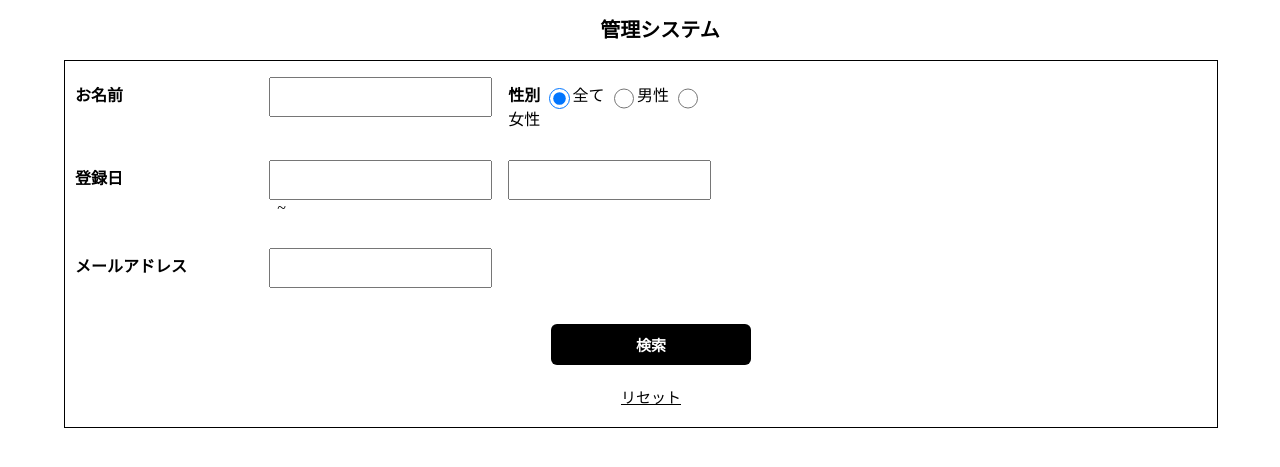
Repository: masanarimiura/20220723_miura_advance_test
Page: http://localhost/manage
An editor plug-in stored every save of this project. The page is shown before and after a run of saves, followed by the edit.
The browser window is 1280 px wide. The pictures show the whole page.
The page is served by the project's Laravel application, run on PHP 8.4 with Laravel 8.

Above is the page before, as saved 2022-07-19 20:33:54.

After the next 2 saves:
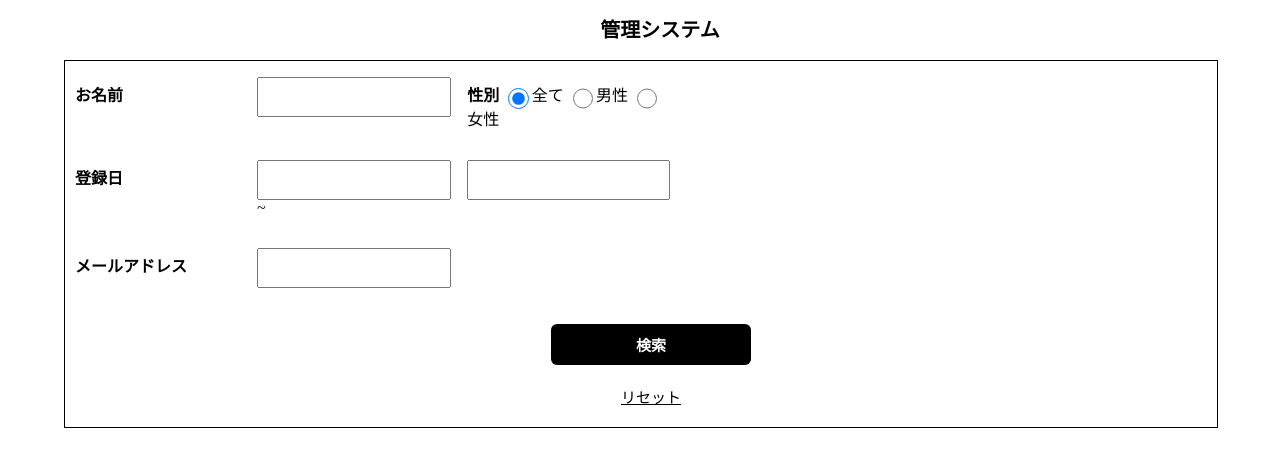
The 2 saves are shown as one change because they came seconds apart.
The last was saved 27 s later.
--- a/resources/views/manage.blade.php
+++ b/resources/views/manage.blade.php
@@ -141,12 +141,7 @@ input, select {
   box-sizing: border-box;
 }
 .system form table tr span {
-  width: 100%;
-  height: 3em;
-  padding: .5em;
-  -moz-box-sizing: border-box;
-  -webkit-box-sizing: border-box;
-  box-sizing: border-box;
+  display: block;
 }
 .system form table tr .check-box {
   width: 10%;
